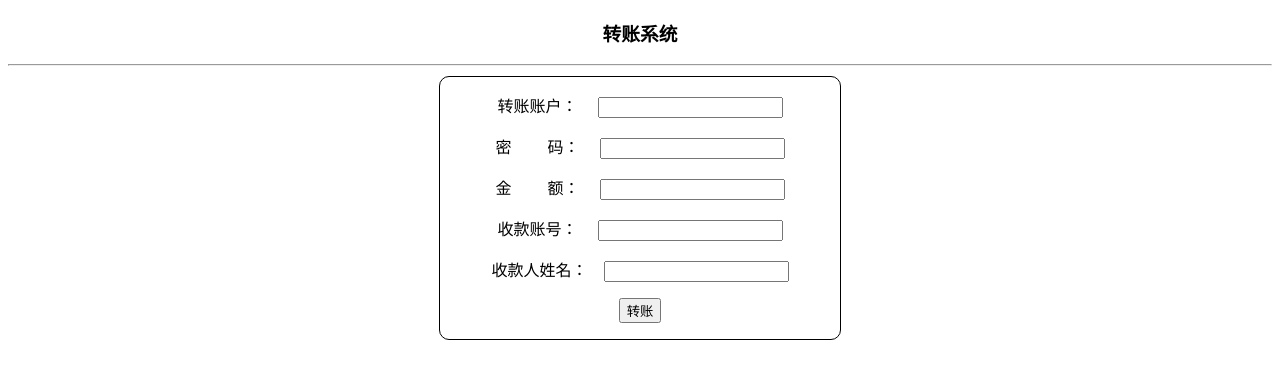
Repository: 99708/java_EE
Page: http://localhost/ssm_bank/
An editor plug-in stored every save of this project. The page is shown before and after the next save, followed by the edit.
The browser window is 1280 px wide. The pictures show the whole page.
The page is served by Tomcat 9.

Above is the page before, as saved 2018-11-16 13:51:20.

After the next save:
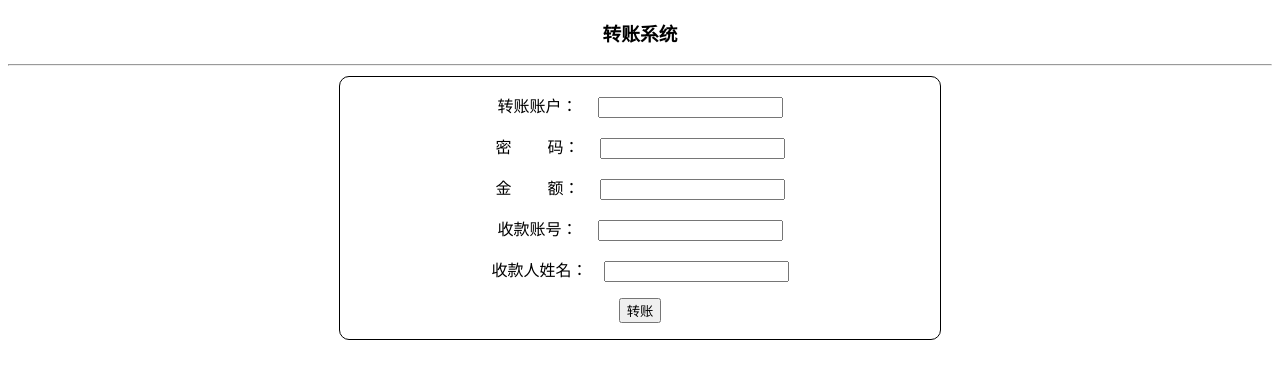
Saved 48 s later.
--- a/ssm_bank/WebContent/index.jsp
+++ b/ssm_bank/WebContent/index.jsp
@@ -10,7 +10,7 @@
 <body>
 	<h3 align="center">转账系统</h3>
 	<hr />
-	<div align="center" style=" heigth: 240px; width: 400px;
+	<div align="center" style=" heigth: 240px; width: 600px;
 		border: 1px solid #000; margin: auto; border-radius: 10px;
 		margin-top: 10px;">
 		<form action="moneyServlet.servlet" method="post">
